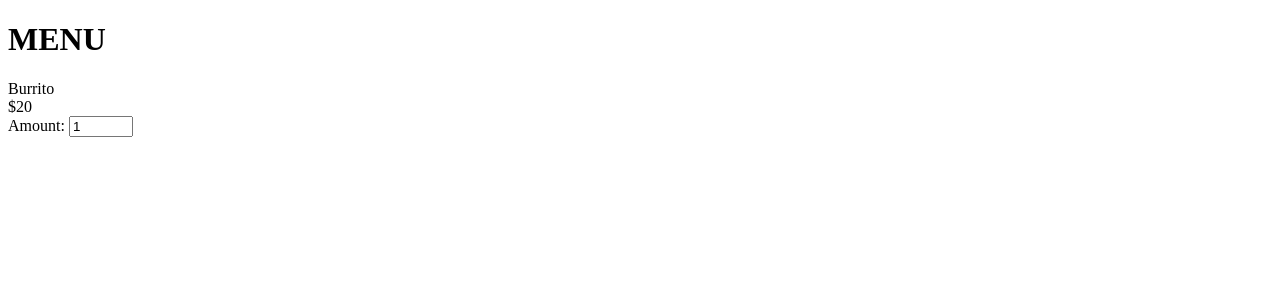
Repository: LamQuocPhu/JungTalent
Page: http://localhost/
These files come from the project's save history. The page is drawn as it stood at one moment and after a run of saves; the edit follows.
The browser window is 1280 px wide. The pictures show the whole page.
The page is served by the project's Node server (index.js).

Above is the page before, as saved 2023-10-25 22:53:49.

### views/cart.ejs
<!DOCTYPE html>
<html lang="en">
  <head>
    <meta charset="UTF-8" />
    <meta name="viewport" content="width=device-width, initial-scale=1.0" />
    <title>Document</title>
    <link rel="stylesheet" href="/css/style.css" />
  </head>
  <body>
    <h1>MENU</h1>
    <div class="wrapper">
      <div class="cart-item">
        <div class="item-name">
            <span>Burrito</span>
        </div>
        <div class="item-price">
            <span>$20</span>
        </div>
        <div class="item-amount">
            <span>Amount:</span>
            <input type="number" value="1" min="1" max="100">
        </div>
      </div>
    </div>
  </body>
</html>

### index.js
var express = require('express');
var app = express();
const PORT = process.env.PORT || 3003;
const bodyParser = require("body-parser");
const path = require("path");


app.set("view engine", "ejs");
app.set("views", "./views");
app.use(bodyParser.urlencoded({ extended: true }));
app.use(express.static(path.join(__dirname, 'public')));


app.listen(PORT, () => {
    console.log(`Server start on port ${PORT}`);
})

app.get('/', (req, res) => {
    res.render('cart');
});

### public/css/style.css
.wrapper {
    width: 100%;
    height: auto;
}

After the next 14 saves:
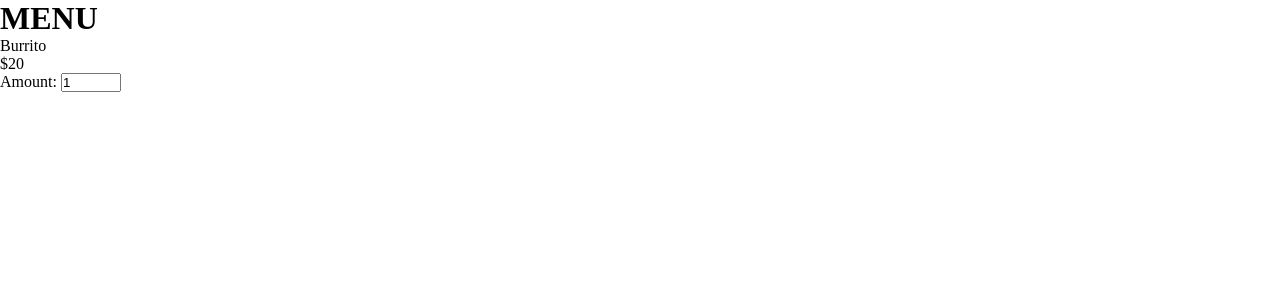
The 14 saves are shown as one change because they came seconds apart.
The last was saved 70 s later.
--- a/public/css/style.css
+++ b/public/css/style.css
@@ -1,4 +1,23 @@
+* {
+    margin: 0;
+    padding: 0;
+
+}
+
 .wrapper {
     width: 100%;
     height: auto;
 }
+
+.cart-item{
+
+}
+.item-name{
+
+}
+.item-price{
+
+}
+.item-amount{
+
+}
